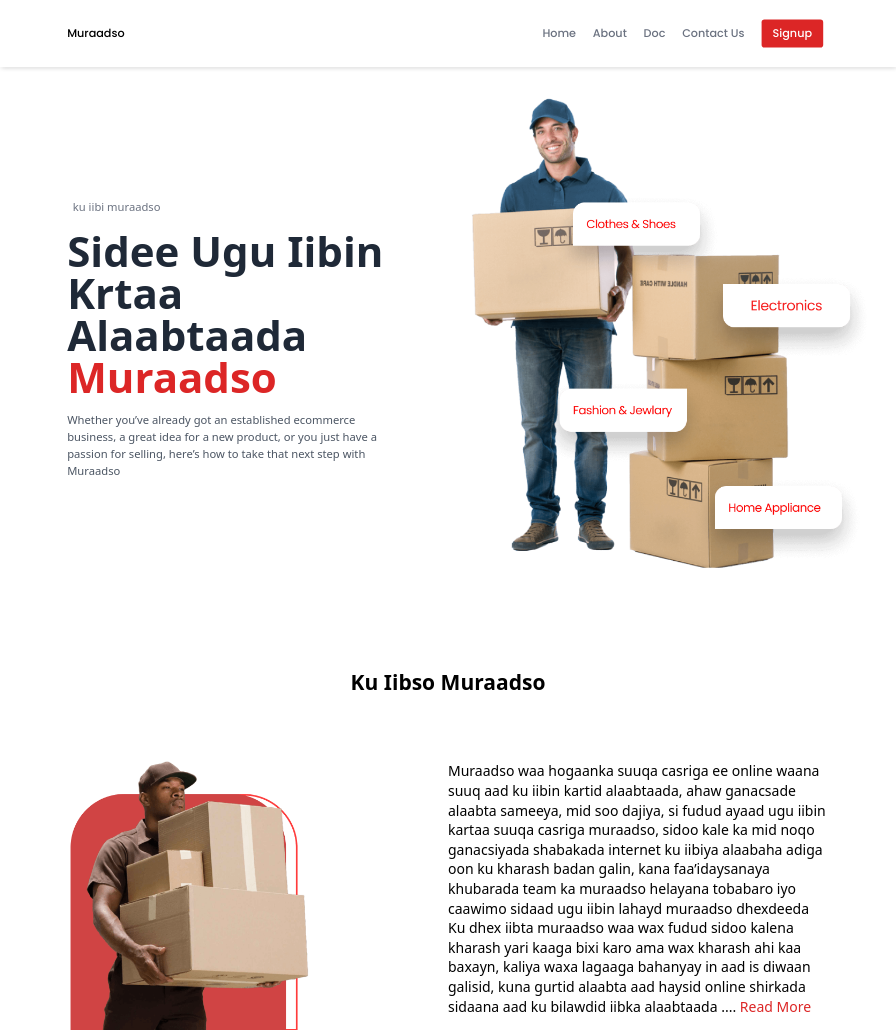
Repository: muraadso/Muraadso-Sellers
Page: /
An editor plug-in stored every save of this project. The page is shown before and after the next save, followed by the edit.
The browser window is 1280 px wide. The pictures show the part of the page from y = 0 to 1920 px (the page is 1472 px tall before and 2647 px after), at 70% of full size.
The project was rebuilt for these pictures with package versions that can differ from the ones it lists, and the page was loaded fresh each time. The framework's server and built-in components were replaced by stand-ins that run in the browser. Also part of the build but not shown: next.config.js.

Above is the page before, as saved 2021-12-05 19:43:20.

### pages/_app.js
import '../styles/globals.css'
 import 'tailwindcss/tailwind.css'
import { Layout } from '../components/Layout'


function MyApp({ Component, pageProps }) {
  return (
    <Layout>
      <Component {...pageProps} />
    </Layout>
  )
}

export default MyApp

### pages/index.js
import Head from 'next/head'
import Image from 'next/image'
import Navbar from '../components/Navbar'
import Hero from '../components/Hero'
import About from '../components/About'
import styles from '../styles/Home.module.css'


export default function Home() {
  return (
    <div className={styles.container}>
      <Head>
        <title>Muraadso Sellers</title>
        <meta name="description" content="Generated by create next app" />
        <link rel="icon" href="/favicon.ico" />
      </Head>
      <Hero />
      <About />
    </div>
  )
}

### styles/globals.css
@import url('https://fonts.googleapis.com/css2?family=Lato:ital,wght@0,300;0,400;0,700;0,900;1,700&family=Poppins:wght@200;300;400;500;600;700&display=swap');
html,
body {
  padding: 0;
  margin: 0;
}

a {
  color: inherit;
  text-decoration: none;
}

* {
  box-sizing: border-box;
}


.navbar {
  box-shadow: 2px 1px 7px rgba(0, 0, 0, 0.226);
  font-family: 'Poppins', sans-serif  ;
  font-weight: 500;

}
  .logo{
    font-family: 'Lato', sans-serif;
    font-weight: 700;
    color: rgb(233, 59, 59);
    font-size: 20px ;
  }

.nav{
}





@media screen and  (max-width: 415px){
  .nav{
    display: flex;
    color: blue;
    flex-direction: row;
  }
}




@tailwind base;
@tailwind components;
@tailwind utilities

### components/Layout.js
import Navbar from "./Navbar"
import Footer from "./Footer"

export const Layout = ({children}) => {
    return (
        <div className="layout">
            <Navbar />
                {children}
            <Footer />



        </div>
    )
}

### components/Navbar.jsx
import React, { useState } from "react";
import { HiOutlineMenuAlt2, HiOutlineMenuAlt3 } from "react-icons/hi";



export default function Navbar() {
  const [showNav, setShowNav] = useState(false);

  return (
    <nav className="sticky top-0 z-20 items-center justify-between bg-white px-14 md:px-24 md:py-5 navbar md:flex">
      <div className="flex items-center justify-between">
        <a href="#">
          <h2>Muraadso</h2>
        </a>


        {showNav ? (
          <HiOutlineMenuAlt3
            onClick={() => setShowNav(!showNav)}
            className="block w-10 h-10 p-2 cursor-pointer md:hidden"
          />
        ) : (
          <HiOutlineMenuAlt2
            onClick={() => setShowNav(!showNav)}
            className="block w-10 h-10 p-2 cursor-pointer md:hidden"
          />
        )}
      </div>

      <ul
        className={
          (showNav ? "left-0" : "-left-full") +
          " md:static fixed bottom-0 md:ml-24 top-14 md:flex md:space-x-6 items-center md:bg-transparent bg-white bg-opacity-90 md:w-auto w-10/12 md:text-gray-500 text-gray-800  md:space-y-0 space-y-5 p-2 transition-left nav"
        }
      >
        <a href="#"> Home</a>
        <a href="#"> About</a>
        <a href="#"> Doc</a>
        <a href="#"> Contact Us</a>
      <a className="px-4 py-2 text-white bg-red-600 rounded" href="">Signup</a>
      </ul>
    </nav>
  );
}

























// const Navbar = () => {
//     return (
//         <div>
//      <div className="sticky top-0 z-20 items-center justify-between bg-white md:flex navbar">
//          <a className="logo" href="#">Muraadso</a>
//          <nav className="fixed bottom-0 items-center w-10/12 p-2 space-y-5 text-white bg-gray-500 md:static top-12 md:flex md:space-x-7 md:bg-transparent bg-opacity-90 md:w-auto md:text-gray-500 md:space-y-0 transition-left nav">
//              <a className="hover:text-red-600" href="">Home</a>
//              <a className="hover:text-red-600" href="">About</a>
//              <a className="hover:text-red-600" href="">Doc</a>
//              <a className="hover:text-red-600" href="">Contact Us</a>
//          </nav>
//          <a href="#" className="px-4 py-2 text-white bg-red-600 rounded hover:bg-red-700 signup ">Signup</a>
//      </div>

//         </div>
//     )
// }

// export default Navbar

### components/Hero.jsx
const Hero = () => {
    return (
        <div className="grid-cols-2 md:grid mt-11 hero">
                <div className="px-16 py-36 herotxt">
                    <h6 className="px-2 font-medium text-gray-500">ku iibi muraadso</h6>
                    <h1 className="my-5 md:font-bold md:text-gray-800 md:capitalize lg:text-6xl">sidee ugu iibin krtaa <br /> alaabtaada <span className="md:text-red-600">muraadso </span></h1>
                    <p className="text-gray-600" >Whether you’ve already got an established ecommerce business, a great idea for a new product, or you just have a passion for selling, here’s how to take that next step with Muraadso</p>
                </div>
                <div className="heroimg">
                    <img className="w-4/4 "  src="/images/heroimage.png" alt="heroimage" />
                </div>

        </div>
    )
}

export default Hero

### components/About.jsx

const About = () => {
    return (
        <div className="mt-32">
            <h1 className="text-3xl font-bold text-center">Ku Iibso Muraadso</h1>
            <div className="grid grid-cols-2 px-16 about-content">
                <div className="mt-24 aboutimg">
            <img src="/images/aboutimage.png" className="md:h-96" alt="about image" />
                </div>
                <div className="mt-24 about-text">
                    <p className="text-xl">
                        Muraadso waa hogaanka suuqa casriga ee online waana suuq aad ku iibin kartid alaabtaada, ahaw ganacsade alaabta sameeya, mid soo dajiya, si fudud ayaad ugu iibin kartaa suuqa casriga muraadso, sidoo kale ka mid noqo ganacsiyada shabakada internet ku iibiya alaabaha adiga oon ku kharash badan galin, kana faa’idaysanaya khubarada team ka muraadso helayana tobabaro iyo caawimo sidaad ugu iibin lahayd muraadso dhexdeeda Ku dhex iibta muraadso waa wax fudud sidoo kalena kharash yari kaaga bixi karo ama wax kharash ahi kaa baxayn, kaliya waxa lagaaga bahanyay in aad is diwaan galisid, kuna gurtid alaabta aad haysid online shirkada sidaana aad ku bilawdid iibka alaabtaada  .... <span className="text-red-600">Read More</span>
                    </p>
                </div>


            </div>
        </div>
    )
}

export default About

### components/Footer.jsx
const Footer = () => {
    return (
        <div>
        </div>
    )
}

export default Footer

### tailwind.config.js
module.exports = {
   purge: ['./pages/**/*.{js,ts,jsx,tsx}', './components/**/*.{js,ts,jsx,tsx}'],
  darkMode: false, // or 'media' or 'class'
  theme: {
    extend: {
      transitionProperty: {
         'left': 'left',
        }
    },

  },
  variants: {
    extend: {},
  },
  plugins: [],
}

Loaded but not shown: pages/api/hello.js (common file); styles/Home.module.css (common file)

After the next save:
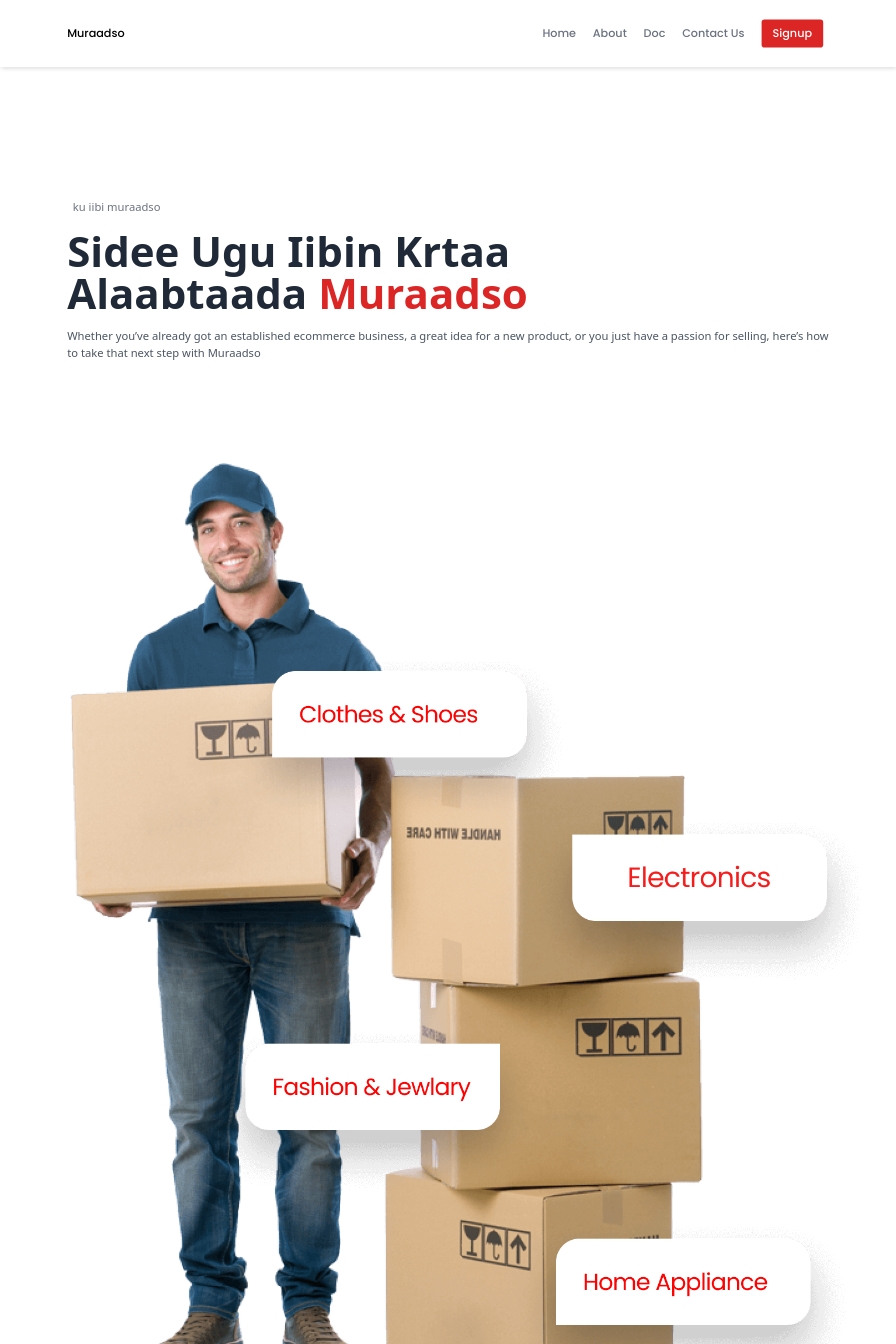
Saved 4 s later.
--- a/components/Hero.jsx
+++ b/components/Hero.jsx
@@ -1,6 +1,6 @@
 const Hero = () => {
     return (
-        <div className="grid-cols-2 md:grid mt-11 hero">
+        <div className="grid-colmd:s-2 md:grid mt-11 hero">
                 <div className="px-16 py-36 herotxt">
                     <h6 className="px-2 font-medium text-gray-500">ku iibi muraadso</h6>
                     <h1 className="my-5 md:font-bold md:text-gray-800 md:capitalize lg:text-6xl">sidee ugu iibin krtaa <br /> alaabtaada <span className="md:text-red-600">muraadso </span></h1>
